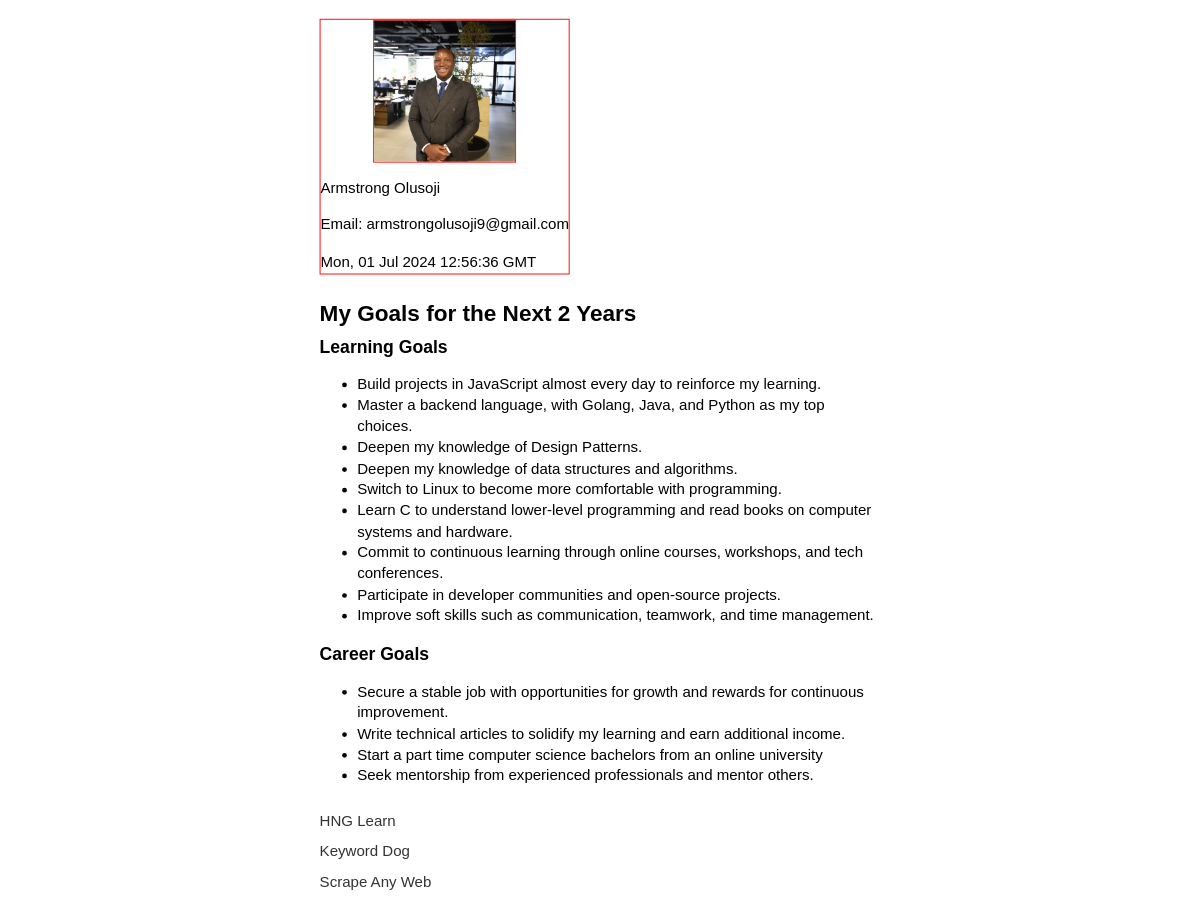
Repository: Armstrong2035/hng-project-one
Page: index.html
The author's editor kept a copy of each file at every save. The page is drawn from the files as they stood at one save, then again after the next save.
The browser window is 1280 px wide. The pictures show the whole page, at 94% of full size.

Above is the page before, as saved 2024-07-01 16:23:29.

### index.html
<!DOCTYPE html>
<html>
  <head>
    <meta charset="utf-8" />
    <meta name="viewport" content="width=device-width" />
    <title>Armstrong Olusoji's Goals</title>
    <link href="style.css" rel="stylesheet" type="text/css" />
    <script src="script.js" defer></script>
  </head>
  <body>
    <div id="container">
      <div class="profile-card">
        <div class="profile-picture">
          <img
            src="Headshot.jpg"
            alt="Profile Picture"
            class="headshot"
            data-testid="slackProfilePicture"
          />
        </div>
        <div class="display-information">
          <p data-testid="slackDisplayName">Armstrong Olusoji</p>
          <p data-testid="slackEmail">Email: armstrongolusoji9@gmail.com</p>
          <p data-testid="currentTimeUTC" id="current-time">Loading...</p>
        </div>
      </div>

      <section id="my-goals">
        <h2>My Goals for the Next 2 Years</h2>
        <div class="learning-goals">
          <h3>Learning Goals</h3>
          <ul>
            <li>
              Build projects in JavaScript almost every day to reinforce my
              learning.
            </li>
            <li>
              Master a backend language, with Golang, Java, and Python as my top
              choices.
            </li>
            <li>Deepen my knowledge of Design Patterns.</li>
            <li>Deepen my knowledge of data structures and algorithms.</li>
            <li>
              Switch to Linux to become more comfortable with programming.
            </li>
            <li>
              Learn C to understand lower-level programming and read books on
              computer systems and hardware.
            </li>
            <li>
              Commit to continuous learning through online courses, workshops,
              and tech conferences.
            </li>
            <li>
              Participate in developer communities and open-source projects.
            </li>
            <li>
              Improve soft skills such as communication, teamwork, and time
              management.
            </li>
          </ul>
        </div>
        <div class="career-goals">
          <h3>Career Goals</h3>
          <ul>
            <li>
              Secure a stable job with opportunities for growth and rewards for
              continuous improvement.
            </li>
            <li>
              Write technical articles to solidify my learning and earn
              additional income.
            </li>
            <li>
              Start a part time computer science bachelors from an online
              university
            </li>
            <li>
              Seek mentorship from experienced professionals and mentor others.
            </li>
          </ul>
        </div>
      </section>

      <section>
        <a href="https://hng.tech/learn" data-testid="hngLink">HNG Learn</a>
        <a href="https://keyword.dog" data-testid="keywordLink">Keyword Dog</a>
        <a href="https://scrapeanyweb.site" data-testid="scrapeanywebLink"
          >Scrape Any Web</a
        >
      </section>
    </div>
  </body>
</html>

### style.css
body {
  font-family: Arial, sans-serif;
  line-height: 1.4;
  margin: 0;
  padding: 0;
}

#container {
  max-width: 800px;
  margin: 0 auto;
  padding: 20px;
  display: flex;
  flex-direction: column;
  align-items: flex-start;
}

.profile-card {
  text-align: left;
  margin-bottom: 20px;
  display: flex;
  flex-direction: column;
  align-items: flex-start;
  border: 1px solid red;
}

.profile-picture {
  height: 150px;
  width: 150px;
  margin: 0 auto;
  border: 1px solid red;
}

.profile-picture .headshot {
  height: 100%;
  width: 100%;
  object-fit: cover;
}

.display-information {
  display: flex;
  flex-direction: column;
  align-items: flex-start;
}

.display-information p {
  margin-bottom: 1px;
}

h2,
h3 {
  margin: 5px 0;
}

a {
  display: block;
  margin: 10px 0;
  color: #333;
  text-decoration: none;
}

a:hover {
  text-decoration: underline;
}

@media (min-width: 600px) {
  #container {
    max-width: 600px;
  }
}

### script.js
function updateTime() {
  const now = new Date();
  const utcTime = now.toUTCString();
  const day = now.toLocaleDateString("en-US", { weekday: "long" });
  document.getElementById("current-time").textContent = ` ${utcTime}`;
}

setInterval(updateTime, 1000);
updateTime();

After the next save:
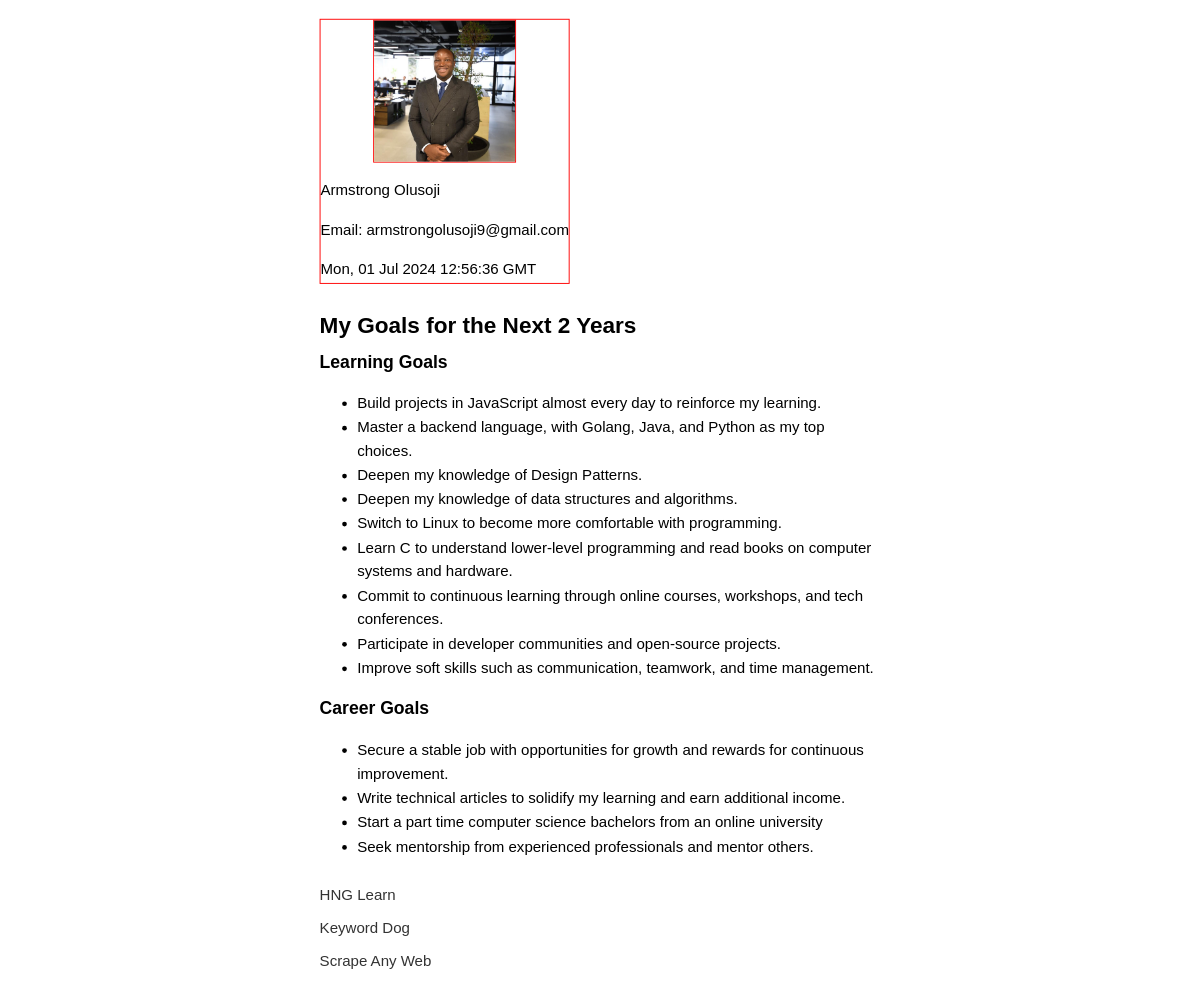
Saved 6 s later.
--- a/style.css
+++ b/style.css
@@ -1,6 +1,6 @@
 body {
   font-family: Arial, sans-serif;
-  line-height: 1.4;
+  line-height: 1.6;
   margin: 0;
   padding: 0;
 }
